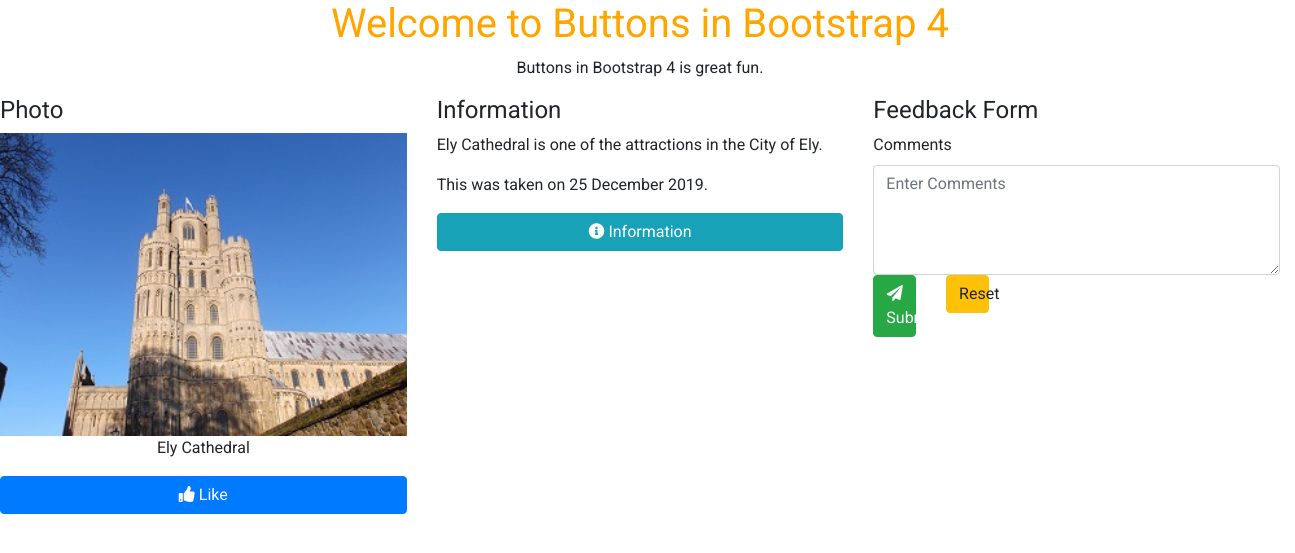
Repository: derektypist/buttons-in-bootstrap-4
Page: index.html
The author's editor kept a record of every edit. The page is drawn from the files as they stood at one moment, then again after the next edit.
The browser window is 1280 px wide. The page is 1295 px wide, so the pictures cover 1295 px, including what lies to the right of the window. The pictures show the whole page.
Some web libraries are served in a nearby version.

Above is the page before.

After the next edit:
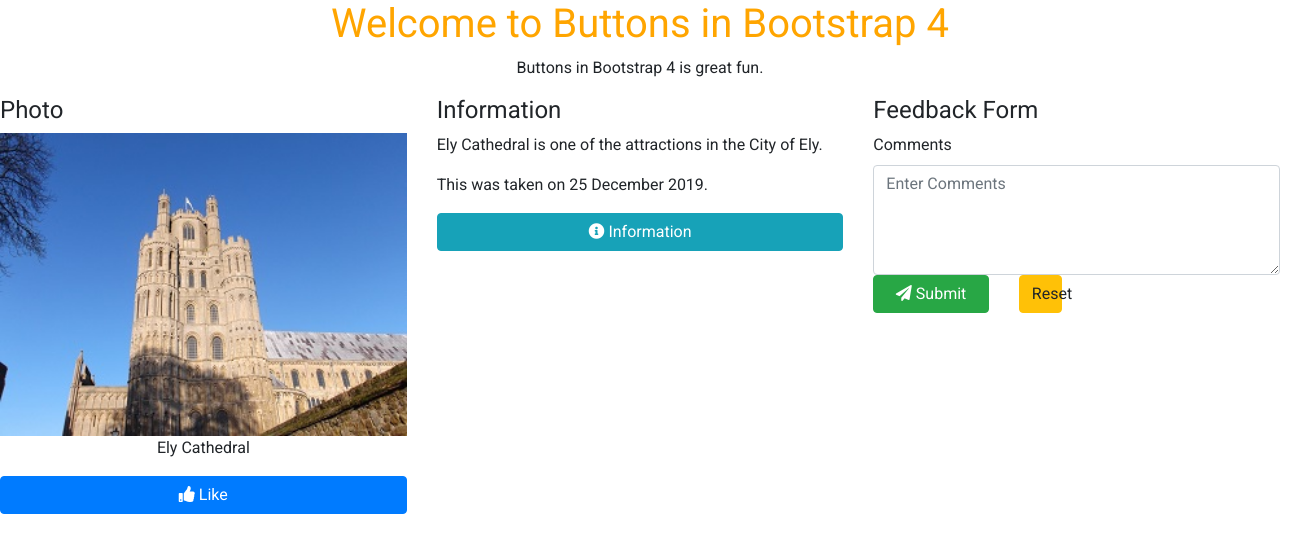
The edit:
--- a/index.html
+++ b/index.html
@@ -54,7 +54,7 @@
                     <label for="comments">Comments</label>
                     <textarea class="form-control" placeholder="Enter Comments" rows="4" id="comments"></textarea>
                     <article class="row">
-                        <article class="col-sm-2">
+                        <article class="col-sm-4">
                             <button type="submit" value="Submit" class="btn btn-success btn-block" onclick="acknowledge()"><i class="fa fa-paper-plane"></i> Submit</button>
                         </article>
                         <article class="col-sm-2">
